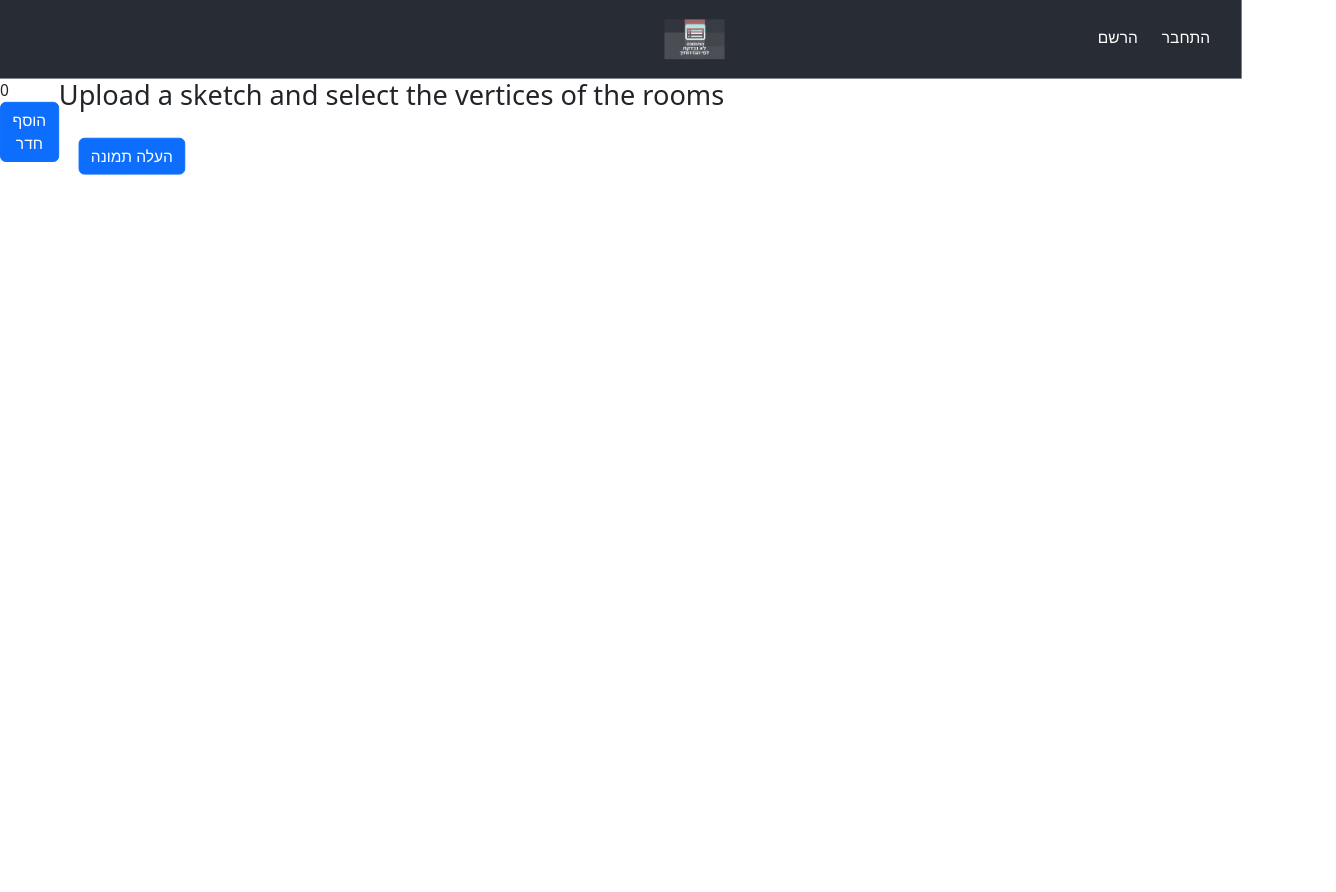
Repository: TamarHolzer/TamarHolzer-security_camera_project_client
Page: /optimal-coordinates
An editor plug-in stored every save of this project. The page is shown before and after the next save, followed by the edit.
The browser window is 1280 px wide. The page is 1341 px wide, then 1377 px, so the pictures cover 1377 px, including what lies to the right of the window. The pictures show the whole page, at 97% of full size.
The page's requests for data from a server got no answer. The project was rebuilt for these pictures with package versions that can differ from the ones it lists, and the page was loaded fresh each time. No one was signed in, and anything a server would have sent is missing. Also part of the build but not shown: src/components/Login.js, src/pages/Home.js, src/components/ShowPlan.js, src/components/HistpryPlanning.js.

Above is the page before, as saved 2024-07-05 00:38:07.

After the next save:
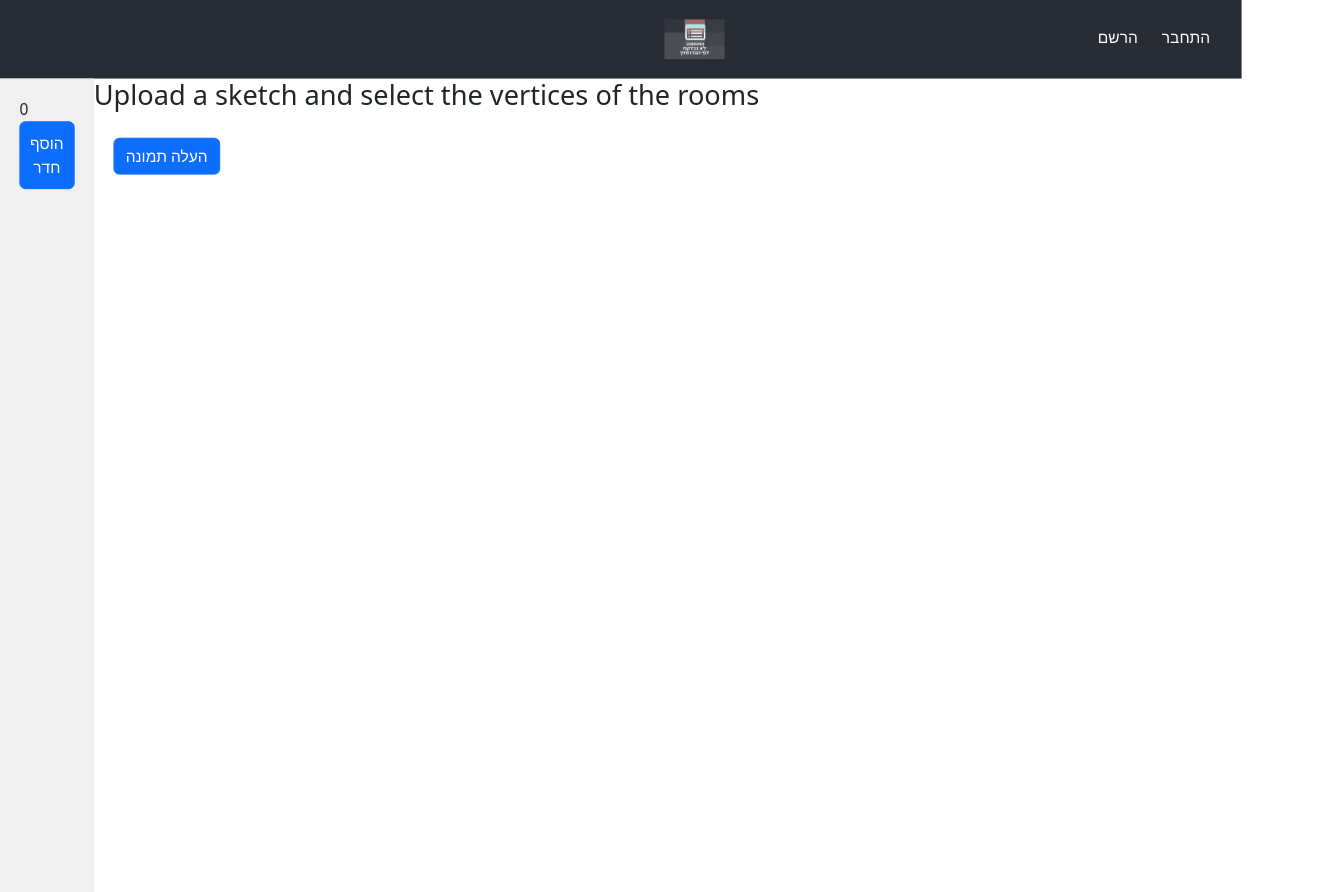
Saved 5 min 20 s later.
--- a/src/css/points.css
+++ b/src/css/points.css
@@ -42,8 +42,14 @@
 
 }
 .sidebar{
-    width: 15vh;
-    max-width: 200px;
+    width: 25vh;
+    max-width: 220px;
+    background-color: #f0f0f0;
+    padding: 20px;
+}
+.sidebar .btn{
+    width: 100%;
+    padding: 10px;
 }
 .page-content{
     flex-grow: 2;
